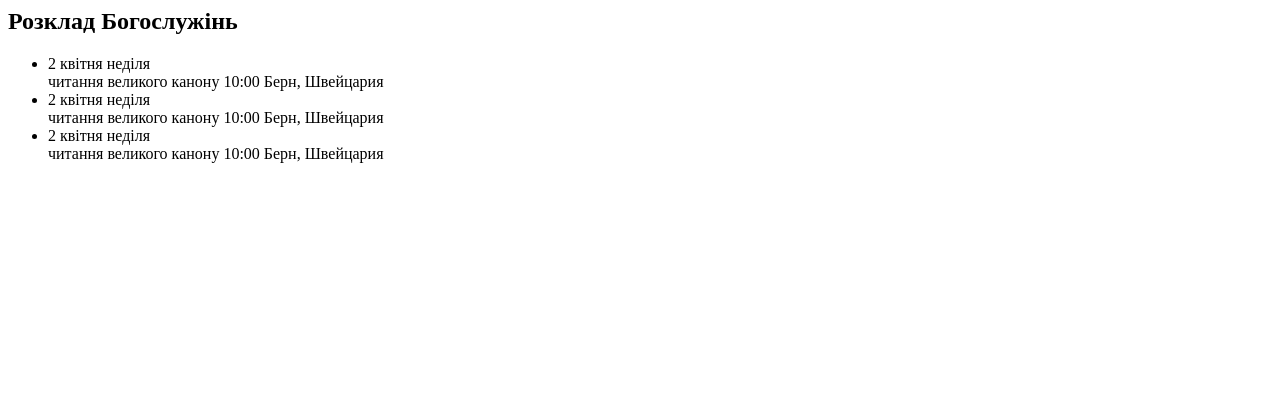
Repository: Gray-01/upcV5
Page: http://localhost/template-parts/schedule.php
The author's editor kept a copy of each file at every save. The page is drawn from the files as they stood at one save, then again after the next save.
The browser window is 1280 px wide. The pictures show the whole page.
The page is run by PHP 8.4 with error messages shown; the project is at /var/www/html/.

Above is the page before, as saved 2025-10-01 19:34:13.

### template-parts/schedule.php
<section class="schedule">
  <div class="container">
    <div class="schedule__wraper">
      <h2 class="schedule__title">Розклад Богослужінь</h2>

      <ul class="schedule__list">

        <li class="schedule__item">
          <div class="schedule__datetime">
            <time class="schedule__date">2 квітня</time>
            <time class="schedule__day">неділя</time>
          </div>
          <span class="schedule__event">читання великого канону</span>
          <span class="schedule__time">10:00</span>
          <span class="schedule__place">Берн, Швейцария</span>
        </li>
                <li class="schedule__item">
          <div class="schedule__datetime">
            <time class="schedule__date">2 квітня</time>
            <time class="schedule__day">неділя</time>
          </div>
          <span class="schedule__event">читання великого канону</span>
          <span class="schedule__time">10:00</span>
          <span class="schedule__place">Берн, Швейцария</span>
        </li>
                <li class="schedule__item">
          <div class="schedule__datetime">
            <time class="schedule__date">2 квітня</time>
            <time class="schedule__day">неділя</time>
          </div>
          <span class="schedule__event">читання великого канону</span>
          <span class="schedule__time">10:00</span>
          <span class="schedule__place">Берн, Швейцария</span>
        </li>

        <!-- Повторяем элементы по аналогии -->

      </ul>
    </div>
  </div>
</section>

After the next save:
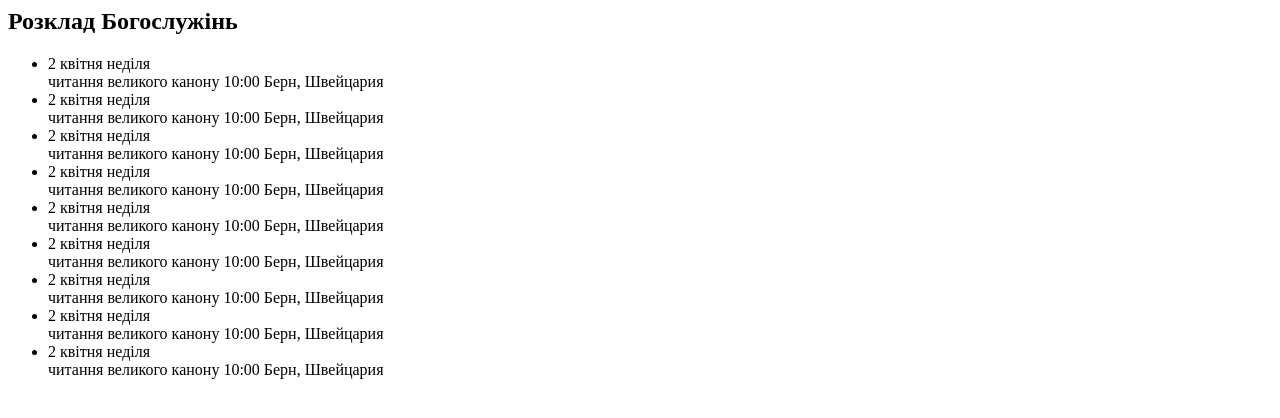
Saved 49 s later.
--- a/template-parts/schedule.php
+++ b/template-parts/schedule.php
@@ -32,6 +32,60 @@
           <span class="schedule__time">10:00</span>
           <span class="schedule__place">Берн, Швейцария</span>
         </li>
+                <li class="schedule__item">
+          <div class="schedule__datetime">
+            <time class="schedule__date">2 квітня</time>
+            <time class="schedule__day">неділя</time>
+          </div>
+          <span class="schedule__event">читання великого канону</span>
+          <span class="schedule__time">10:00</span>
+          <span class="schedule__place">Берн, Швейцария</span>
+        </li>
+                <li class="schedule__item">
+          <div class="schedule__datetime">
+            <time class="schedule__date">2 квітня</time>
+            <time class="schedule__day">неділя</time>
+          </div>
+          <span class="schedule__event">читання великого канону</span>
+          <span class="schedule__time">10:00</span>
+          <span class="schedule__place">Берн, Швейцария</span>
+        </li>
+                <li class="schedule__item">
+          <div class="schedule__datetime">
+            <time class="schedule__date">2 квітня</time>
+            <time class="schedule__day">неділя</time>
+          </div>
+          <span class="schedule__event">читання великого канону</span>
+          <span class="schedule__time">10:00</span>
+          <span class="schedule__place">Берн, Швейцария</span>
+        </li>
+                <li class="schedule__item">
+          <div class="schedule__datetime">
+            <time class="schedule__date">2 квітня</time>
+            <time class="schedule__day">неділя</time>
+          </div>
+          <span class="schedule__event">читання великого канону</span>
+          <span class="schedule__time">10:00</span>
+          <span class="schedule__place">Берн, Швейцария</span>
+        </li>
+                <li class="schedule__item">
+          <div class="schedule__datetime">
+            <time class="schedule__date">2 квітня</time>
+            <time class="schedule__day">неділя</time>
+          </div>
+          <span class="schedule__event">читання великого канону</span>
+          <span class="schedule__time">10:00</span>
+          <span class="schedule__place">Берн, Швейцария</span>
+        </li>
+                <li class="schedule__item">
+          <div class="schedule__datetime">
+            <time class="schedule__date">2 квітня</time>
+            <time class="schedule__day">неділя</time>
+          </div>
+          <span class="schedule__event">читання великого канону</span>
+          <span class="schedule__time">10:00</span>
+          <span class="schedule__place">Берн, Швейцария</span>
+        </li>
 
         <!-- Повторяем элементы по аналогии -->
 
